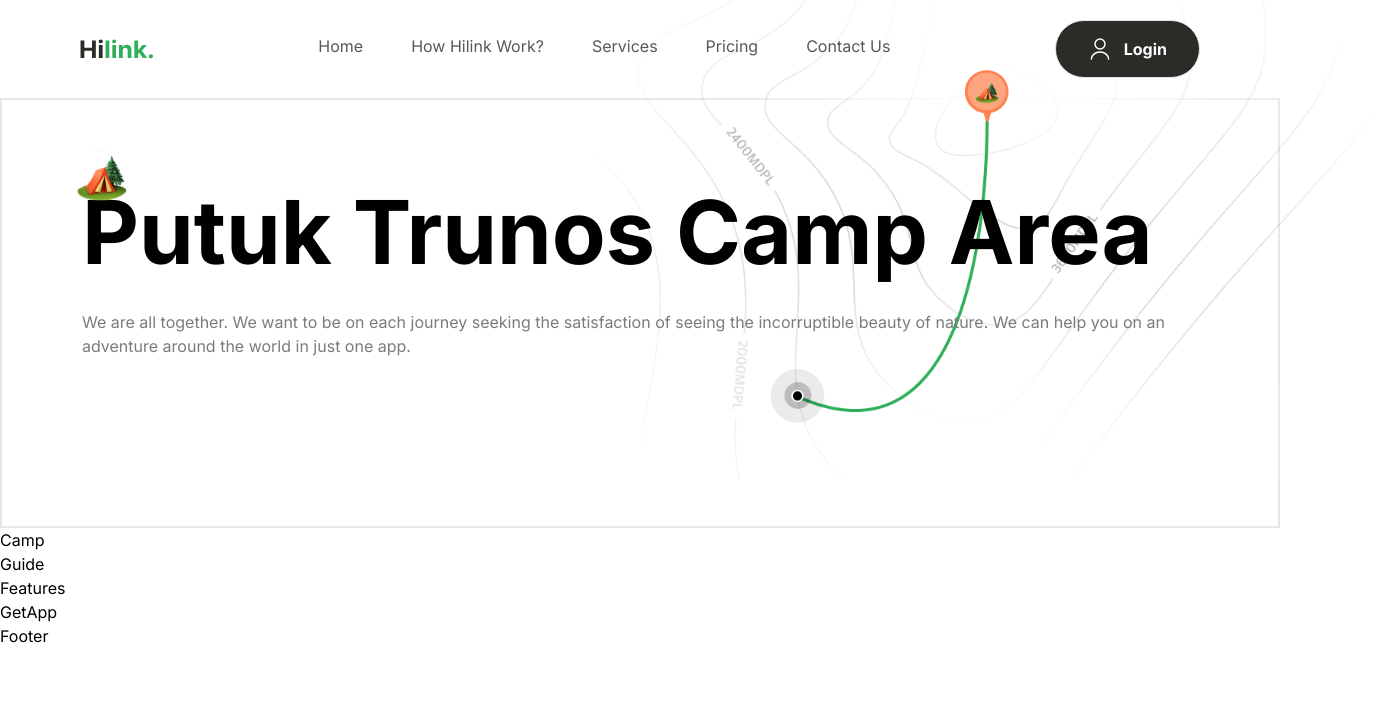
Repository: SouthpawC0der/Modern-reactsite
Page: /
An editor plug-in stored every save of this project. The page is shown before and after the next save, followed by the edit.
The browser window is 1280 px wide. The page is 1392 px wide, so the pictures cover 1392 px, including what lies to the right of the window. The pictures show the whole page.
The project was rebuilt for these pictures with package versions that can differ from the ones it lists, and the page was loaded fresh each time. The framework's server and built-in components were replaced by stand-ins that run in the browser. Also part of the build but not shown: next.config.ts.

Above is the page before, as saved 2025-01-30 11:11:03.

### app/layout.tsx
import type { Metadata } from "next";
import "./globals.css";
import Navbar from "@/components/Navbar";
import Footer from "@/components/Footer";

export default function RootLayout({
  children,
}: Readonly<{
  children: React.ReactNode;
}>) {
  return (
    <html lang="en">
      <body>
        <Navbar />
        <main className="relative-overflow-hidden">
        {children}
        </main>
        <Footer />
      </body>
    </html>
  );
}

### app/page.tsx
import Camp from "@/components/Camp";
import Features from "@/components/Features";
import GetApp from "@/components/GetApp";
import Guide from "@/components/Guide";
import Hero from "@/components/Hero";


export default function Home() {
  return (
    <>
    <Hero />
    <Camp />
    <Guide />
    <Features />
    <GetApp />
    </>
  );
}

### app/globals.css

@import url('https://fonts.googleapis.com/css2?family=Inter:wght@400;500;600;700;800&display=swap');

@tailwind base;
@tailwind components;
@tailwind utilities;

* {
  margin: 0;
  padding: 0;
  box-sizing: border-box;
}

body {
  font-family: Inter;
}

@layer utilities {
  .btn_white {
    @apply  border-white bg-white px-8 py-3 text-green-50
  }
  .btn_white_text  {
    @apply  border-white bg-white px-8 py-3 text-gray-90
  }
  .btn_green  {
    @apply  border-green-50 bg-green-50 px-8 py-5 text-white
  }
  .btn_dark_green {
    @apply  bg-green-90 px-8 py-4 text-white transition-all hover:bg-black
  }
  .btn_dark_green_outline  {
    @apply border-gray-20 bg-green-90 px-8 py-5 text-white
  }

  .max-container {
    @apply mx-auto max-w-[1440px];
  }

  .padding-container {
    @apply px-6 lg:px-20 3xl:px-0;
  }

  .flexCenter {
    @apply flex items-center justify-center;
  }

  .flexBetween {
    @apply flex items-center justify-between;
  }

  .flexStart {
    @apply flex items-center justify-start;
  }

  .flexEnd {
    @apply flex items-center justify-end;
  }

  /* FONTS */
  .regular-64 {
    @apply text-[64px] font-[400] leading-[120%];
  }

  .regular-40 {
    @apply text-[40px] font-[400] leading-[120%];
  }

  .regular-32 {
    @apply text-[32px] font-[400];
  }

  .regular-24 {
    @apply text-[24px] font-[400];
  }

  .regular-20 {
    @apply text-[20px] font-[400];
  }

  .regular-18 {
    @apply text-[18px] font-[400];
  }

  .regular-16 {
    @apply text-[16px] font-[400];
  }

  .regular-14 {
    @apply text-[14px] font-[400];
  }

  .medium-14 {
    @apply text-[14px] font-[600];
  }

  .bold-88 {
    @apply text-[88px] font-[700] leading-[120%];
  }

  .bold-64 {
    @apply text-[64px] font-[700] leading-[120%];
  }

  .bold-52 {
    @apply text-[52px] font-[700] leading-[120%];
  }

  .bold-40 {
    @apply text-[40px] font-[700] leading-[120%];
  }

  .bold-32 {
    @apply text-[32px] font-[700] leading-[120%];
  }

  .bold-20 {
    @apply text-[20px] font-[700];
  }

  .bold-18 {
    @apply text-[18px] font-[700];
  }

  .bold-16 {
    @apply text-[16px] font-[700];
  }

  /* Hero */
  .hero-map {
    @apply absolute right-0 top-0 h-screen w-screen bg-pattern-2 bg-cover bg-center md:-right-28 xl:-top-60;
  }

  /* Camp */
  .camp-quote {
    @apply absolute -right-6 bottom-4 w-[140px] lg:bottom-10 xl:-right-8 xl:w-[186px] 3xl:right-0;
  }

  /* Feature */
  .feature-phone {
    @apply absolute top-[13%] z-10 hidden max-w-[1500px] rotate-[15deg] md:-left-16 lg:flex  3xl:left-20;
  }

  /* Get App */
  .get-app {
    @apply max-container relative flex w-full  flex-col justify-between gap-32 overflow-hidden bg-green-90 bg-pattern bg-cover bg-center bg-no-repeat px-6 py-12 text-white sm:flex-row sm:gap-12 sm:py-24 lg:px-20 xl:max-h-[598px] 2xl:rounded-5xl;
  }
}

/* Hide scrollbar for Chrome, Safari and Opera */
.hide-scrollbar::-webkit-scrollbar {
  display: none;
}

/* Hide scrollbar for IE, Edge and Firefox */
.hide-scrollbar {
  -ms-overflow-style: none; /* IE and Edge */
  scrollbar-width: none; /* Firefox */
}

### components/Navbar.tsx
import { NAV_LINKS } from '@/constants'
import Image from 'next/image'
import Link from 'next/link'
import React from 'react'
import Button from './Button'

const Navbar = () => {
  return (
    <nav className='flexBetween max-container padding-container relative z-30 py-5'>
        <Link href="/">
          <Image src="/hilink-logo.svg" alt='logo' width={74} height={29} />
        </Link>

          <ul className='hidden h-full gap-12 lg:flex'>
             {NAV_LINKS.map((link) => (
                <Link href={link.href} key={link.key}
                className='regular-16 text-gray-50 flexCenter cursor-pointer pb-1.5 transition-all hover:font-bold'
                >
                    {link.label}
                </Link>
             ))}
          </ul>

          <div className='lg:flexCenter hidden'>
            <Button
            type='button'
            title='Login'
            icon='/user.svg'
            variant='btn_dark_green'
            />
          </div>

          <Image
          src='menu.svg'
          alt='menu'
          width={32}
          height={32}
          className='inline-block cursor-pointer lg:hidden'
          />
    </nav>
  )
}


export default Navbar

### components/Hero.tsx
import Image from 'next/image'
import React from 'react'

const Hero = () => {
  return (
    <section className='max-container padding-container flex flex-col gap-20 py-10 pb-32 md:gap-28
     lg:py-20 xl:flex-row border-2'>
        <div className='hero-map' />

        <div className='relative z-10 flex flex-1 flex-col xl:w-1/2'>
            <Image
            src='/camp.svg'
            alt='camp'
            width={50}
            height={50}
            className='absolute left-[-5px] top-[-30px] w-10 lg:w-[50px]'
             />
             <h1 className='bold-32 lg:bold-88'>Putuk Trunos Camp Area</h1>
             <p className='regular-16 mt-6 text-gray-30 xl:max-[520px]'>
                We are all together. We want to be on each journey seeking the
                satisfaction of seeing the incorruptible beauty of nature. We can
                help you on an adventure around the world in just one app.
             </p>

             <div className='my-11 flex flex-wrap gap-5'>
                <div className='flex items-center gap-2'></div>
             </div>
        </div>
    </section>
  )
}

export default Hero

### components/Button.tsx
import Image from 'next/image';
import React from 'react'

type ButtonProps = {
    type: 'button' | 'submit';
    title: string;
    icon?: string,
    variant: 'btn_dark_green'
}

const Button = ( {type, title, icon, variant }: ButtonProps) => {
  return (
    <button
    className={`flexCenter gap-3 rounded-full border ${variant}`}
    type={type}

    >
        {icon && <Image src={icon} alt={title} width={24} height={24} />}
        <label className='bold-16 whitespace-nowrap'>{title}</label>
    </button>
  )
}

export default Button

Loaded but not shown: components/Footer.tsx (common file); components/Camp.tsx (common file); components/Features.tsx (common file); components/GetApp.tsx (common file); components/Guide.tsx (common file); constants/index.ts (common file); tailwind.config.ts (common file)

After the next save:
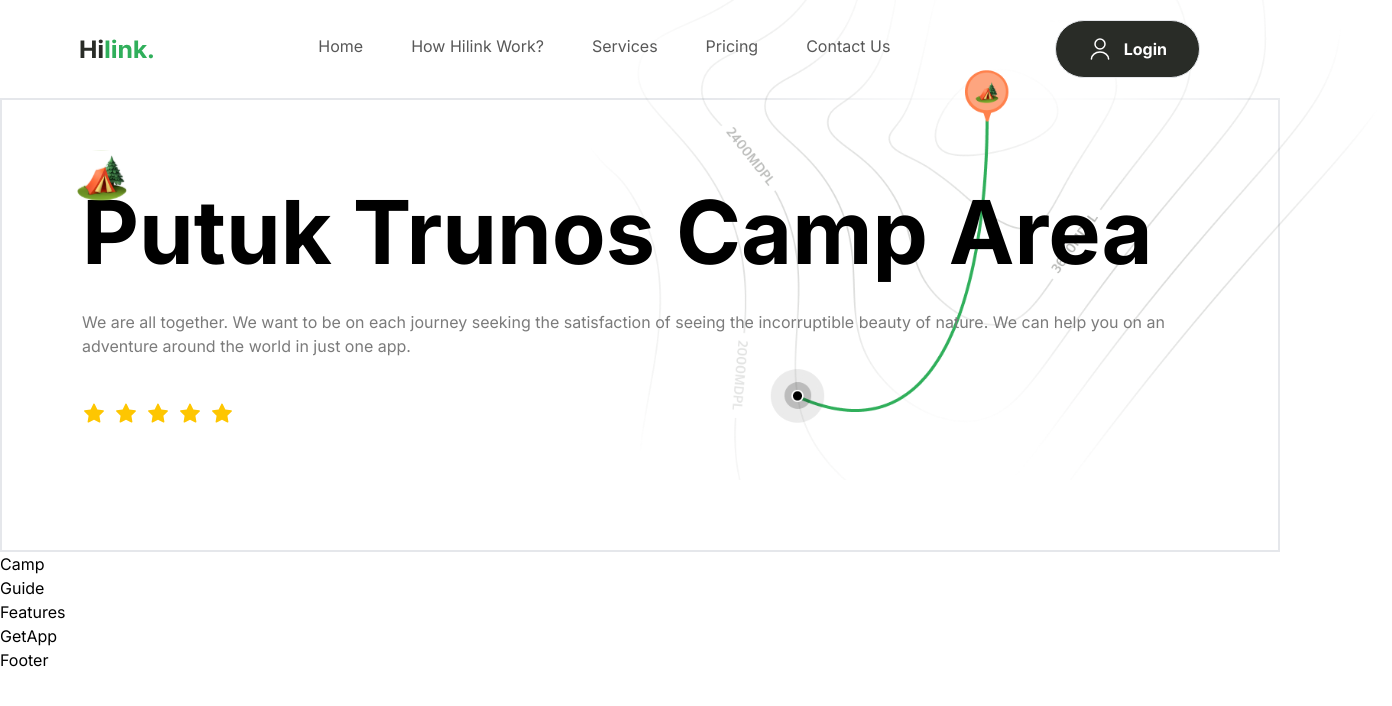
Saved 3 min 27 s later.
--- a/components/Hero.tsx
+++ b/components/Hero.tsx
@@ -23,7 +23,17 @@ const Hero = () => {
              </p>
 
              <div className='my-11 flex flex-wrap gap-5'>
-                <div className='flex items-center gap-2'></div>
+                <div className='flex items-center gap-2'>
+                    {Array(5).fill(1).map((_, index) => (
+                        <Image
+                        src='/star.svg'
+                        key={index}
+                        alt='star'
+                        width={24}
+                        height={24}
+                        />
+                    ))}
+                </div>
              </div>
         </div>
     </section>
